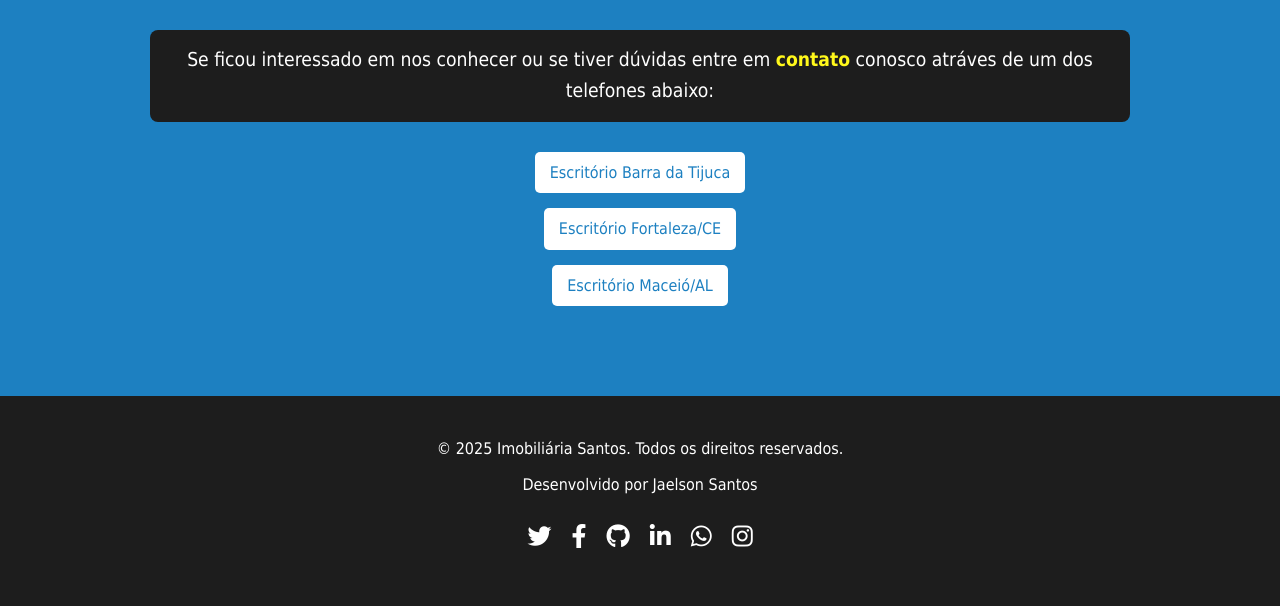
Repository: JaelsonS/ImobiliariaSantos
Page: index.html
The author's editor kept a copy of each file at every save. The page is drawn from the files as they stood at one save, then again after the next save.
The browser window is 1280 px wide. The pictures show the part of the page from y = 3152 to 3758 px (the page is 3758 px tall).

Above is the page before, as saved 2025-03-31 06:13:20.

After the next save:
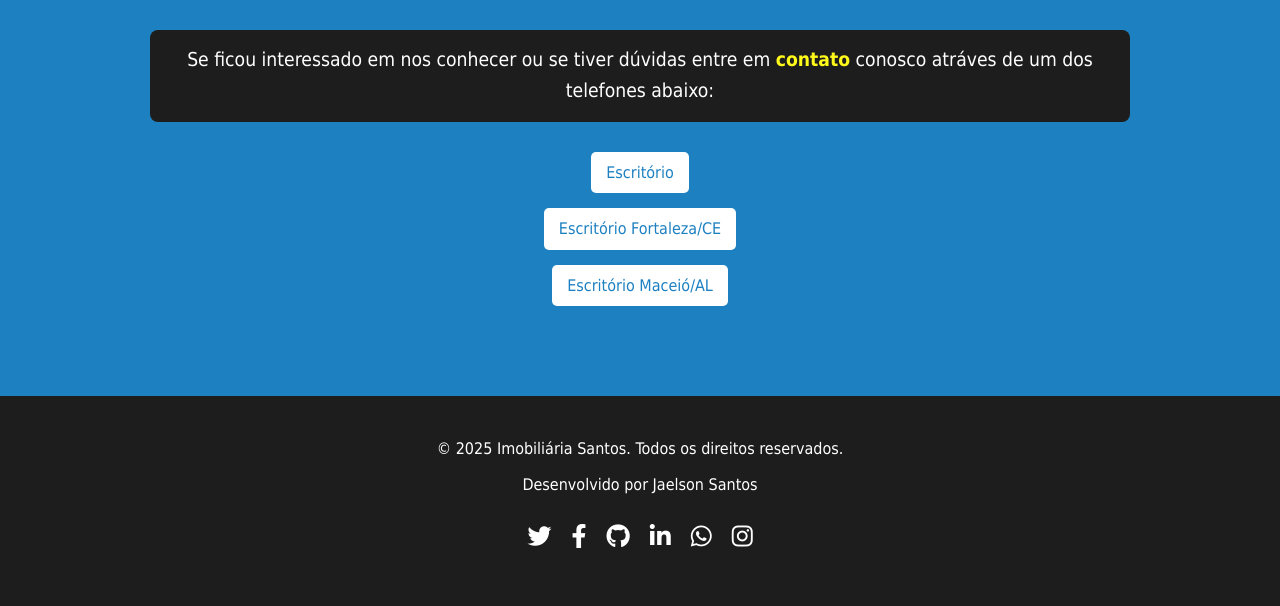
Saved 6 s later.
--- a/index.html
+++ b/index.html
@@ -65,7 +65,7 @@
             </p>
             <ul class="lista-contato">
                 <li class="item-contato">
-                    <a class="link-contato" href="mailto:officebarra@email.com">Escritório Barra da Tijuca</a>
+                    <a class="link-contato" href="mailto:officebarra@email.com">Escritório </a>
                 </li>
                 <li class="item-contato">
                     <a class="link-contato" href="mailto:officecentro@email.com">Escritório Fortaleza/CE</a>
